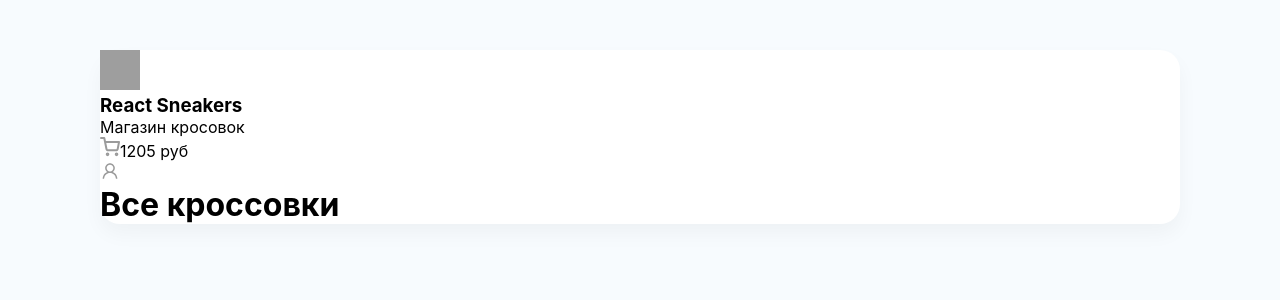
Repository: Azimich/React-Sneakers
Page: /
These files come from the project's save history. The page is drawn as it stood at one moment and after the next save; the edit follows.
The browser window is 1280 px wide. The pictures show the whole page.
Pictures or frames that could not be fetched are drawn as grey boxes. The project was rebuilt for these pictures with package versions that can differ from the ones it lists, and the page was loaded fresh each time.

Above is the page before, as saved 2022-09-22 21:52:44.

After the next save:
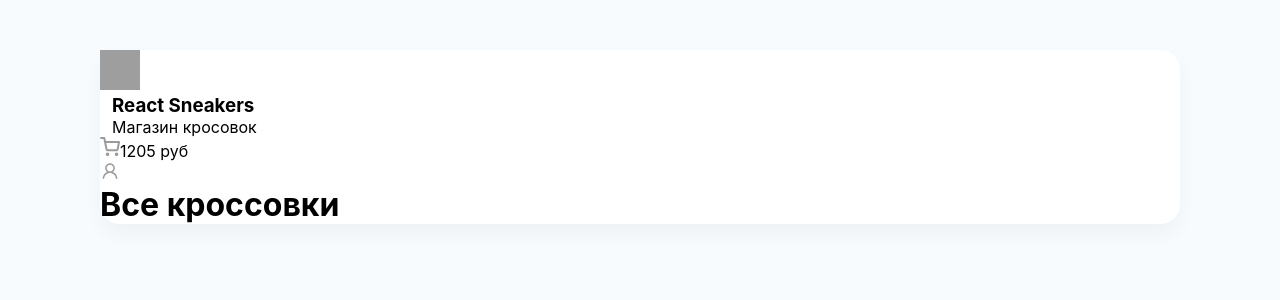
Saved 6 s later.
--- a/src/index.scss
+++ b/src/index.scss
@@ -54,5 +54,5 @@ h1,h2,h3,h4,h5{
 }
 
 .headerInfo {
-
+  margin-left: 12px;
 }
